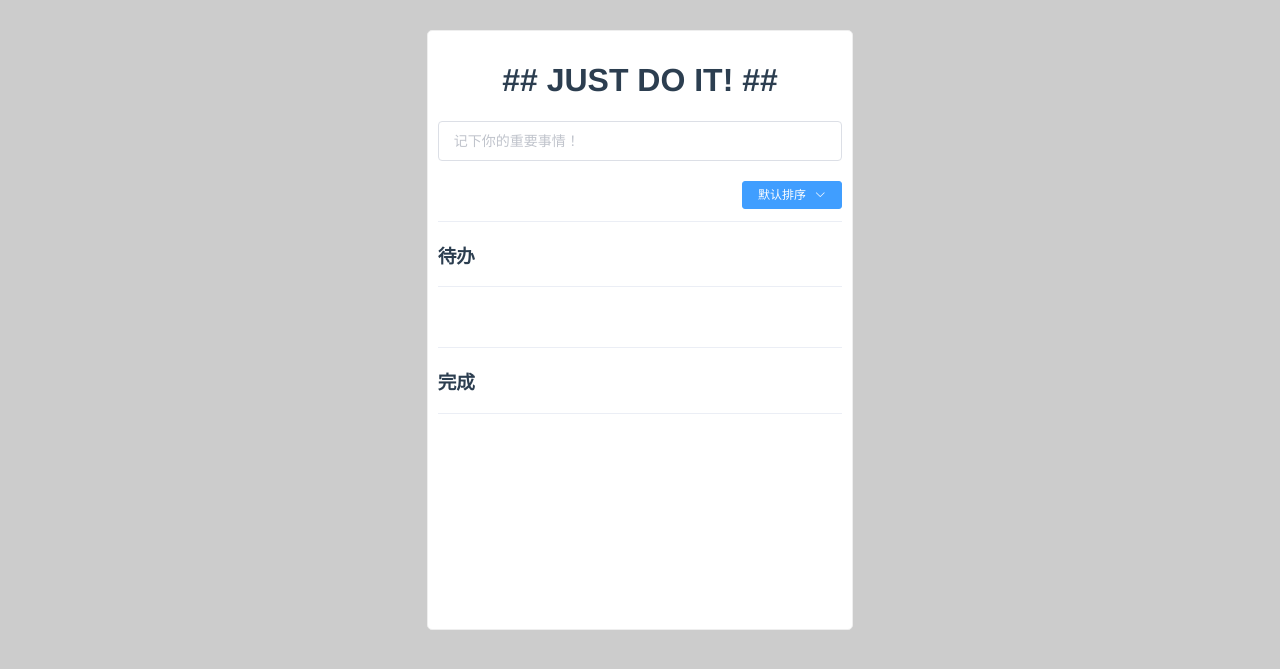
Repository: JonathanLee-LX/ToDo-LX
Page: /
The author's editor kept a copy of each file at every save. The page is drawn from the files as they stood at one save, then again after the next save.
The browser window is 1280 px wide. The pictures show the whole page.
The project was rebuilt for these pictures with package versions that can differ from the ones it lists, and the page was loaded fresh each time.

Above is the page before, as saved 2018-06-30 18:59:03.

### index.html
<!DOCTYPE html>
<html>

<head>
  <meta charset="utf-8">
  <meta name="viewport" content="width=device-width,initial-scale=1.0">
  <title>todo-lx</title>
  <style type="text/css">
    html,
    body {
      width: 100%;
      height: 100%;
      margin: 0;
      padding: 0;
    }

  </style>
</head>

<body>
  <div id="app"></div>
  <!-- built files will be auto injected -->
</body>

</html>

### src/main.js
// The Vue build version to load with the `import` command
// (runtime-only or standalone) has been set in webpack.base.conf with an alias.
import Vue from 'vue'
import App from './App.vue'
import router from './router'
import ElementUI from 'element-ui'
import 'element-ui/lib/theme-chalk/index.css'

Vue.config.productionTip = false
Vue.use(ElementUI)

/* eslint-disable no-new */
new Vue({
  el: '#app',
  router,
  components: {
    App
  },
  template: '<App/>'
})

### src/App.vue
<template>
  <div id="app">
    <router-view/>
  </div>
</template>

<script>
export default {
  name: 'App'
}
</script>

<style>
#app {
    font-family: 'Avenir', Helvetica, Arial, sans-serif;
    -webkit-font-smoothing: antialiased;
    -moz-osx-font-smoothing: grayscale;
    text-align: center;
    color: #2c3e50;
    /* margin-top: 60px; */
    background-color: #ccc;
    width: 100%;
    min-height: 100%;
}
</style>

### src/router/index.js
import Vue from 'vue'
import Router from 'vue-router'
import ToDoList from '@/components/Todo'

Vue.use(Router)

export default new Router({
  routes: [{
    path: '/',
    name: 'ToDoList',
    component: ToDoList
  }]
})

### src/components/Todo.vue
<template>
  <div id="todo-app">
    <el-row>
      <el-col :offset="8" :span="8" class="main-container">
        <div class="main">
          <app-title></app-title>
          <InputArea
            @add-todo="addTodo"
          ></InputArea>
          <Sort></Sort>
          <TodoList
            :todoList="todoList"
            @has-done="hasDone"
          ></TodoList>
          <DoneList
            :doneList="doneList"
            @undo="undo"
          ></DoneList>
        </div>
      </el-col>
    </el-row>
  </div>
</template>
<script lang="js">
  import AppTitle from './app-title.vue'
  import InputArea from './Input-Area.vue'
  import TodoList from './Todo-List.vue'
  import DoneList from './Done-List.vue'
  import Sort from './Sort.vue'

  export default {
    components: {
      AppTitle,
      InputArea,
      Sort,
      TodoList,
      DoneList
    },
    data() {
      return {
        todo: '',
        todoList: [],
        doneList: []
      }
    },
    methods: {
      addTodo (todo) {
        this.todoList.push(todo)
      },
      hasDone(i, item) {
        let DoneList = this.todoList.splice(i, 1)
        this.addDone(DoneList)
      },
      addDone(DoneList) {
        this.doneList.push(DoneList)
      },
      undo(item) {
        let index = this.doneList.findIndex((item, i) => {
          return item.done === false
        })
        let todo = this.doneList.splice(index, 1)[0]
        this.todoList.push({
          title: todo.title,
          content: todo.content,
          createAt: todo.createAt,
          done: todo.done
        })
      }
    },
    created() {
    },
    beforeDestroy() {
    }
  }
</script>

<style>
  .main-container {
    background-color: #fff !important;
    min-height: 600px;
    border: 1px solid #eee;
    box-shadow: 1px 1px 1px #ccc;
    border-radius: 5px;
    margin-top: 30px;
  }

  .main {
    padding: 10px 10px;
  }

  .input-area {
    margin-bottom: 20px;
  }

  .el-col {
    background-color: #eee;
  }

  .el-collapse {
    margin-top: 60px;
  }

  .pull-right {
    float: right;
  }

  .pull-left {
    float: left;
  }

  .time {
    color: #aaa;
    font-size: 0.7em;
    display: inline-block;
    margin-right: 5px;
  }
</style>

### src/components/app-title.vue
<template>
  <h1
    class = "app-title"
  >## JUST DO IT! ##</h1>
</template>
<script>
  export default {
    name: 'app-title'
  }
</script>
<style>
  .app-title {
    color: '#45c'
  }
</style>

### src/components/Input-Area.vue
<template>
    <div class="input-area">
        <el-input v-model="todo" @keydown.enter.native="addTodo" type="text" placeholder="记下你的重要事情！"></el-input>
    </div>
</template>
<script>
    export default {
        components: {},
        data() {
            return {
                todo: ''
            }
        },
        methods: {
            addTodo() {
                this.$emit('add-todo', {
                    title: this.todo
                })
                this.reset()
            },
            reset() {
                this.todo = ''
            }
        }
    }

</script>
<style>
</style>

### src/components/Todo-List.vue
<template>
  <el-collapse>
    <h3 style="text-align: left;">待办</h3>
    <div v-if="todoList.length">
      <el-collapse-item
        v-for="item in todoList"
        :title="item.title"
        :key="item.createAt"
        style="text-align: left;"
      >
        <template slot="title">
          <el-checkbox
            v-model="item.done"
            @change="getDone(item)"
            class="pull-left"
            style="margin-right: 10px;"
          >
          </el-checkbox>
          {{item.title}}
        </template>
        <div>
          {{item.content}}
        </div>
      </el-collapse-item>
    </div>
  </el-collapse>
</template>
<script>
  export default {
    name: 'TodoList',
    data() {
      return {
      }
    },
    props: {
      todoList: {
        type: Array,
        default: []
      }
    },
    methods: {
      getDone (done) {
        let i = this.todoList.findIndex(todo => todo === done)
        this.$emit('get-done', i, done)
      }
    }
  }
</script>
<style>
</style>

### src/components/Done-List.vue
<template>
  <el-collapse>
    <h3 style="text-align: left;">完成</h3>
    <div v-if="doneList.length">
      <el-collapse-item
        v-for="item in doneList"
        :title="item.content"
        :key="item.createAt"
        style="text-align: left;"
      >
        <template slot="title">
          <el-checkbox
            v-model="item.done"
            @change="undo(item)"
            class="pull-left"
            style="margin-right: 10px;"
          ></el-checkbox>
          <s>{{item.title}}</s>
          <span
            class="time"
            style="float: right;"
          >
            {{new Date(item.createAt).toLocaleTimeString()}}
          </span>
        </template>
        <el-input
          v-model="item.content"
          :rows="3"
          type="textarea"
          size="small"
          placeholder="描述"
        ></el-input>
      </el-collapse-item>
    </div>
  </el-collapse>
</template>
<script>
  export default {
    name: 'DoneList',
    data () {
      return {}
    },
    props: {
      doneList: {
        type: Array,
        default: []
      }
    },
    undo (todo) {
      let i = this.doneList.findIndex(
        done => todo === done
      )
      this.$emit('undo', i, done)
    }
  }
</script>
<style>
</style>

### src/components/Sort.vue
<template>
    <div class="tool-bar">
        <el-dropdown class="pull-right">
        <el-button type="primary" size="mini">
            默认排序
            <i class="el-icon-arrow-down el-icon--right"></i>
        </el-button>
        <el-dropdown-menu slot="dropdown">
            <el-dropdown-item>创建时间从早到晚</el-dropdown-item>
            <el-dropdown-item>创建时间从晚到早</el-dropdown-item>
            <el-dropdown-item>到期时间从早到晚</el-dropdown-item>
            <el-dropdown-item>到期时间从晚到早</el-dropdown-item>
            <el-dropdown-item>重要性从高到低</el-dropdown-item>
            <el-dropdown-item>重要性从低到高</el-dropdown-item>
        </el-dropdown-menu>
        </el-dropdown>
    </div>
</template>
<script>
export default {
  name: 'Sort',
  components: {},
  data () {
    return {}
  }
}
</script>
<style>
</style>

After the next save:
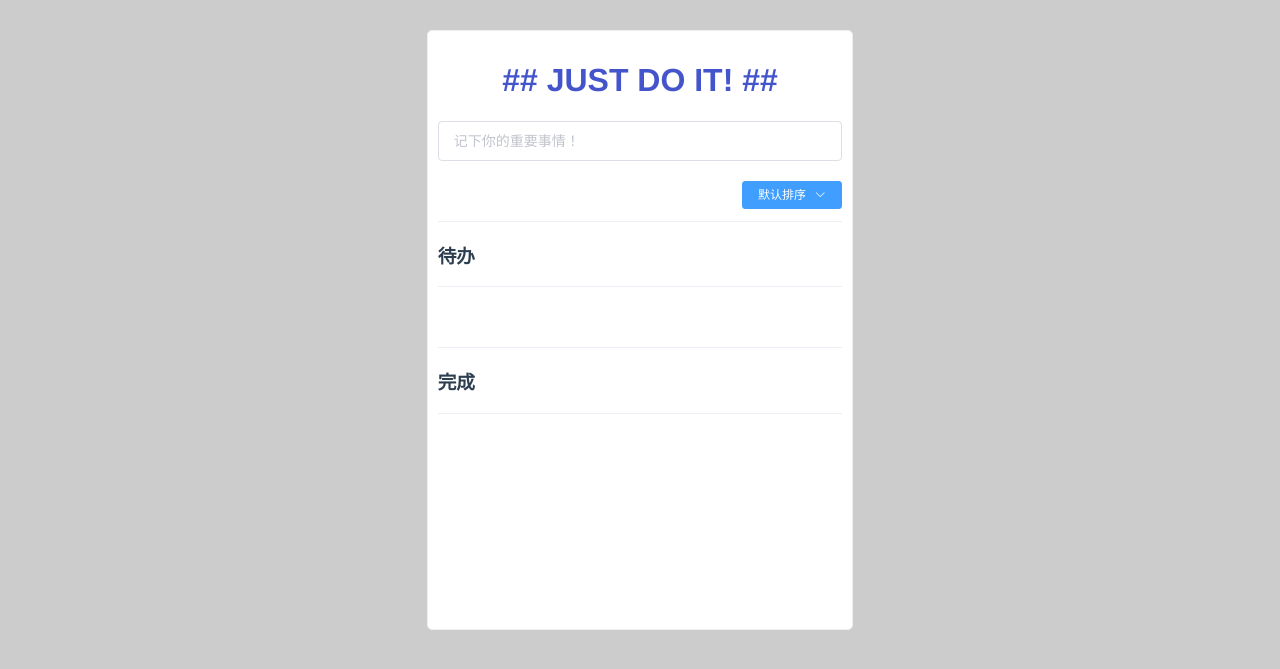
Saved 15 s later.
--- a/src/components/app-title.vue
+++ b/src/components/app-title.vue
@@ -10,6 +10,6 @@
 </script>
 <style>
   .app-title {
-    color: '#45c'
+    color: #45c
   }
 </style>
